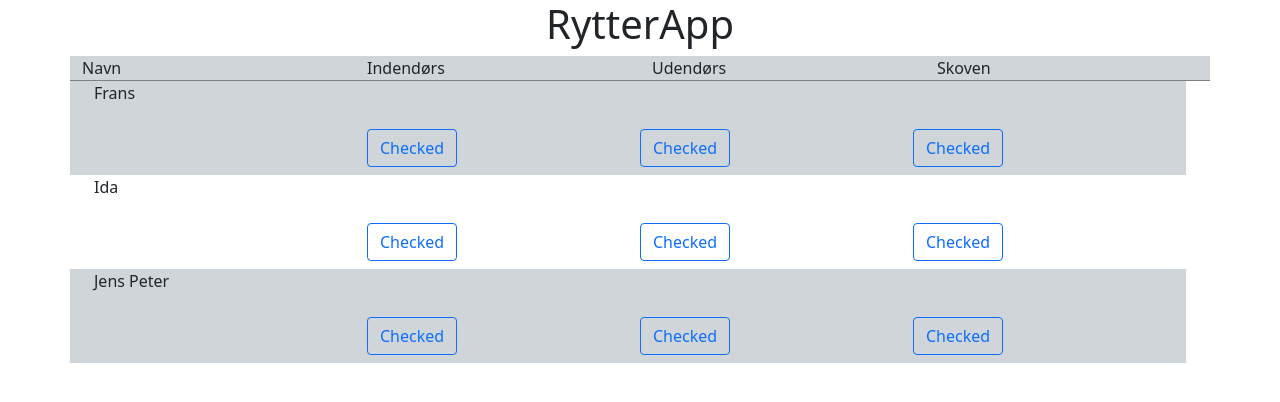
Repository: Flam1ga/test
Page: /
An editor plug-in stored every save of this project. The page is shown before and after the next save, followed by the edit.
The browser window is 1280 px wide. The pictures show the whole page.
The project was rebuilt for these pictures with package versions that can differ from the ones it lists, and the page was loaded fresh each time. Also part of the build but not shown: src/components/Button.css.

Above is the page before, as saved 2021-12-09 10:29:20.

### src/App.js
import "./App.css";
import Table from "./components/Table.js";
import { useState } from "react";
import "./App.css";

const App = () => {
  const [riders, setRider] = useState([
    {
      id: 1,
      name: "Frans",
      indoor: false,
      outdoor: false,
      wood: false,
    },
    {
      id: 2,
      name: "Ida",
      indoor: false,
      outdoor: false,
      wood: false,
    },
    {
      id: 3,
      name: "Jens Peter",
      indoor: false,
      outdoor: false,
      wood: false,
    },
  ]);

  // const buttonClicked = (id) => {
  //   console.log("clicked", id);
  // };

  return (
    <div className="App">
      <h1>RytterApp</h1>
      <Table className="table" riders={riders} />
    </div>
  );
};

export default App;

### src/components/Table.js
import Button from "./Button.js";
import { Col, Container, Row } from "react-bootstrap";
import "./table.css";

const Table = ({ riders, isIndoorChecked, checked }) => {
  const list = riders.map((rider, indoor) => (
    <Row>
      <Col>{rider.name}</Col>
      <Col>
        <Button isIndoorChecked={isIndoorChecked}></Button>
        {rider.indoor}
      </Col>
      <Col>
        <Button />
        {rider.outdoor}
      </Col>
      <Col>
        <Button />
        {rider.wood}
      </Col>
    </Row>
  ));

  return (
    <div>
      <Container>
        <Row className="heading">
          <Col>Navn</Col>
          <Col>Indendørs</Col>
          <Col>Udendørs</Col>
          <Col>Skoven</Col>
        </Row>
        <Row className="ridersList">{list}</Row>
      </Container>
    </div>
  );
};

export default Table;

### src/components/Button.js
import "./Button.css";
import { ButtonGroup, ToggleButton } from "react-bootstrap";
import { useState } from "react";

function Button() {
  const [checked, setChecked] = useState(false);
  const [isIndoorChecked, setIsIndoorChecked] = useState(false);
  const [isOutdoorChecked, setIsOutdoorChecked] = useState(false);
  const [isWoodChecked, setIsWoodChecked] = useState(false);

  const radios = [
    { name: "Active", value: "1" },
    { name: "Radio", value: "2" },
    { name: "Radio", value: "3" },
  ];

  return (
    <>
      {/* <ButtonGroup className="mb-2">
        <ToggleButton
          id="toggle-check"
          type="checkbox"
          variant="secondary"
          checked={checked}
          style={{ display: "None" }}
          value="1"
          onChange={(e) => setChecked(e.currentTarget.checked)}
        >
          Checked
        </ToggleButton>
      </ButtonGroup> */}
      <br />
      {/* <ButtonGroup className="mb-2">
        {radios.map((radio, idx) => (
          <ToggleButton
            key={idx}
            id={`radio-${idx}`}
            type="radio"
            variant="secondary"
            name="radio"
            value={radio.value}
            checked={radioValue === radio.value}
            onChange={(e) => setRadioValue(e.currentTarget.value)}
          >
            {radio.name}
          </ToggleButton>
        ))}
      </ButtonGroup> */}
      <br />
      <ToggleButton
        className="mb-2"
        id="toggle-check"
        type="checkbox"
        variant="outline-primary"
        isIndoorChecked={isIndoorChecked}
        value="1"
        onChange={(e) => setIsIndoorChecked(e.currentTarget.isIndoorChecked)}
      >
        Checked
      </ToggleButton>
      <br />
      {/* <ButtonGroup className="mb-2">
        <ToggleButton
          id="toggle-check"
          type="checkbox"
          variant="secondary"
          checked={checked}
          value="1"
          onChange={(e) => setChecked(e.currentTarget.checked)}
        >
          Ride
        </ToggleButton>
      </ButtonGroup> */}
    </>
  );
}

export default Button;

### src/components/table.css
.row:nth-child(odd) {
  background-color: rgb(207, 213, 216);
}

.ridersList {
  margin: 0 !important;
}

.heading {
  border-bottom: 1px solid gray;
}
.col {
}

Loaded but not shown: public/index.html (common file); src/index.js (common file); src/index.css (common file); src/reportWebVitals.js (common file); src/App.css (common file)

After the next save:
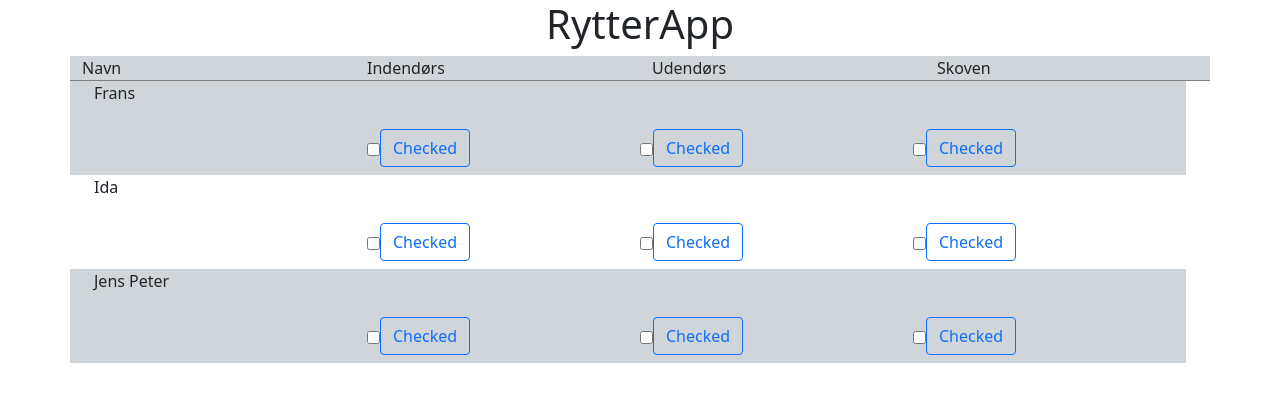
Saved 28 days later.
--- a/src/components/Button.js
+++ b/src/components/Button.js
@@ -13,6 +13,10 @@
     { name: "Radio", value: "2" },
     { name: "Radio", value: "3" },
   ];
+
+  const indoorCol = ({ riders }) => {
+    const list = riders.map((rider) => <Col></Col>);
+  };
 
   return (
     <>
@@ -47,6 +51,7 @@
         ))}
       </ButtonGroup> */}
       <br />
+      <input type="checkbox"></input>
       <ToggleButton
         className="mb-2"
         id="toggle-check"

After the save that followed:
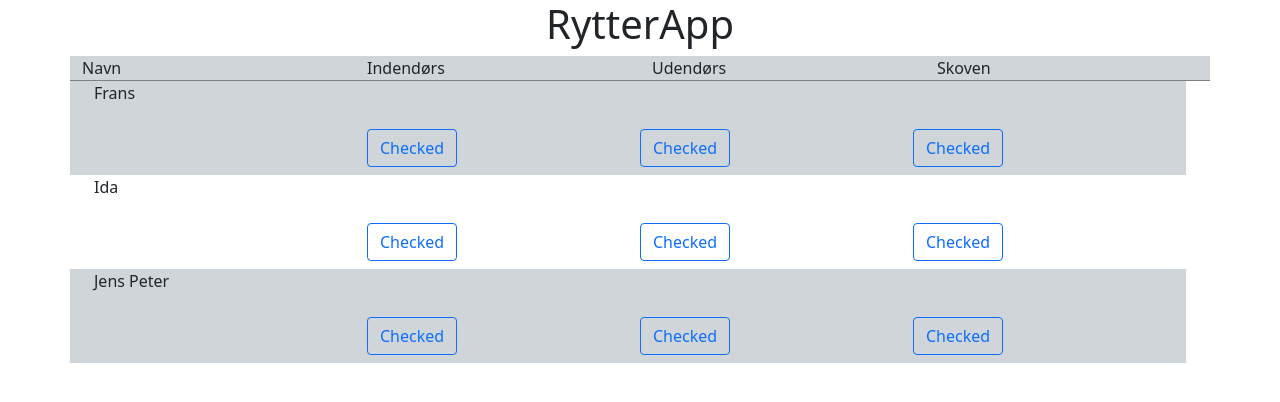
Saved 78 s later.
--- a/src/components/Button.js
+++ b/src/components/Button.js
@@ -51,7 +51,6 @@
         ))}
       </ButtonGroup> */}
       <br />
-      <input type="checkbox"></input>
       <ToggleButton
         className="mb-2"
         id="toggle-check"
